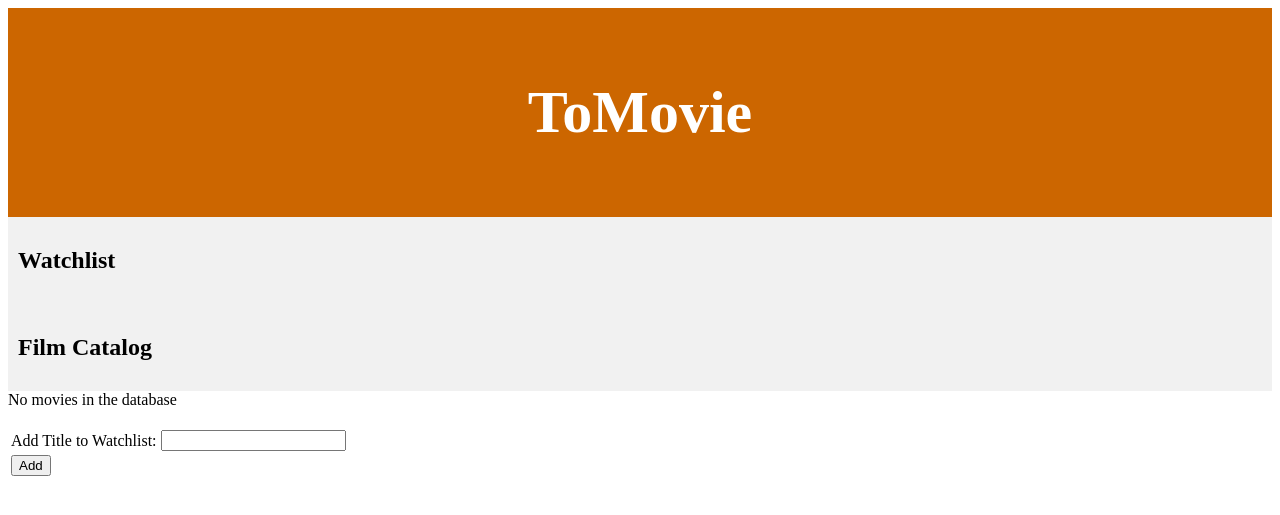
Repository: dannie-su-sjsu/CS157A-team6
Page: http://localhost/ToMovie/movie.jsp
An editor plug-in stored every save of this project. The page is shown before and after the next save, followed by the edit.
The browser window is 1280 px wide. The pictures show the whole page.
The page is served by Tomcat 9. Queries for data that is not in the repository find no rows.

Above is the page before, as saved 2023-07-16 04:04:16.

After the next save:
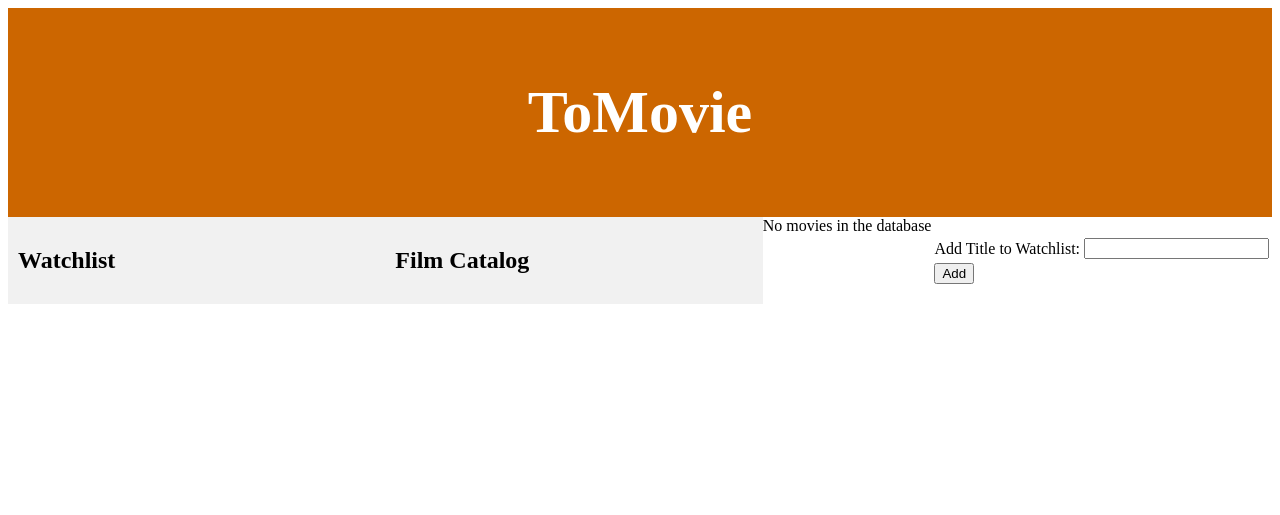
Saved 39 s later.
--- a/ToMovie/src/main/webapp/movie.jsp
+++ b/ToMovie/src/main/webapp/movie.jsp
@@ -10,6 +10,7 @@
 </head>
 <body>
 <header><h1>ToMovie</h1></header>
+<section>
 <article><h2>Watchlist</h2></article>
 <article><h2>Film Catalog</h2></article>
 
@@ -54,4 +55,5 @@ catch(Exception e){
 </form>
 
 </body>
+</section>
 </html>
